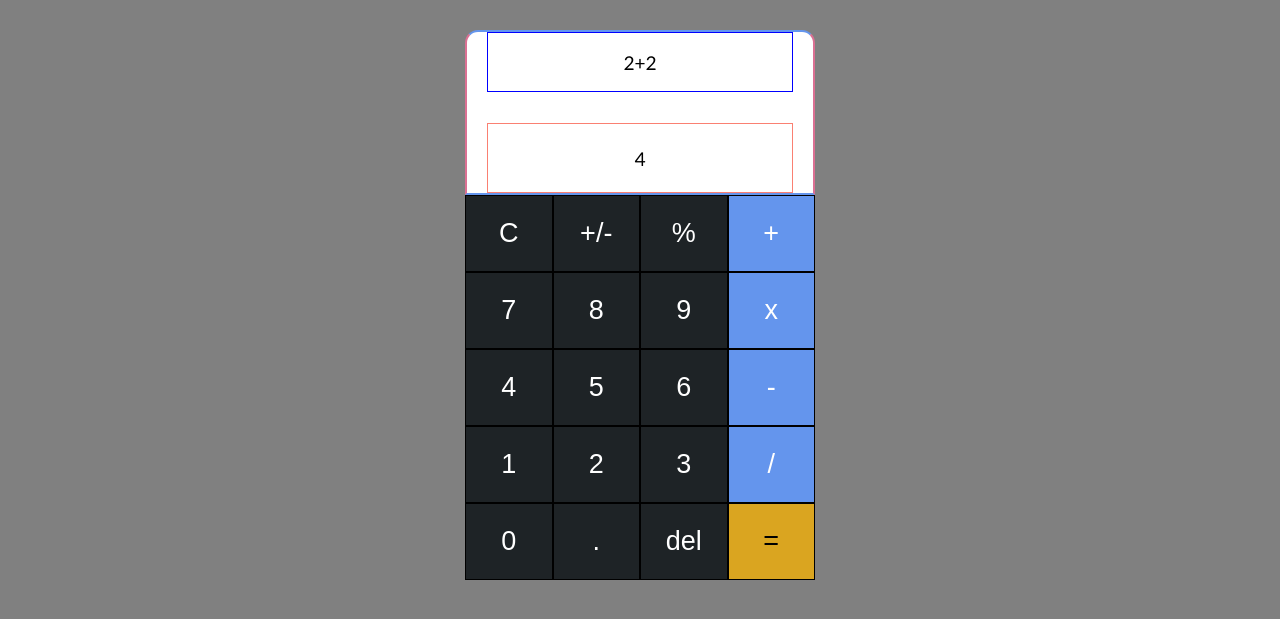
Repository: OfirLana/Calculator
Page: index.html
These files come from the project's save history. The page is drawn as it stood at one moment and after the next save; the edit follows.
The browser window is 1280 px wide. The pictures show the whole page.
The pointer rests on the first visible `.btn`.

Above is the page before, as saved 2019-03-14 19:19:41.

After the next save:
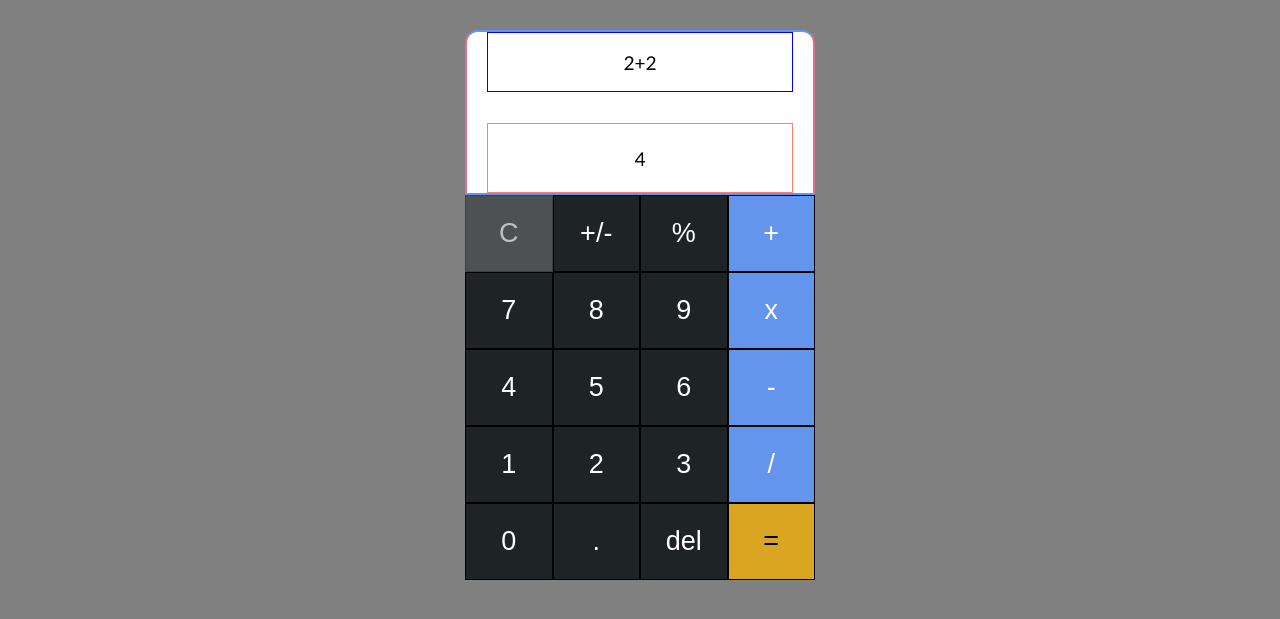
Saved 19 s later.
--- a/style.css
+++ b/style.css
@@ -98,7 +98,7 @@ body {
     border:1px solid black;
 }
 .btn:hover{
-    opacity:3;
+    opacity:0.5;
 }
 .op {
     background:cornflowerblue;
